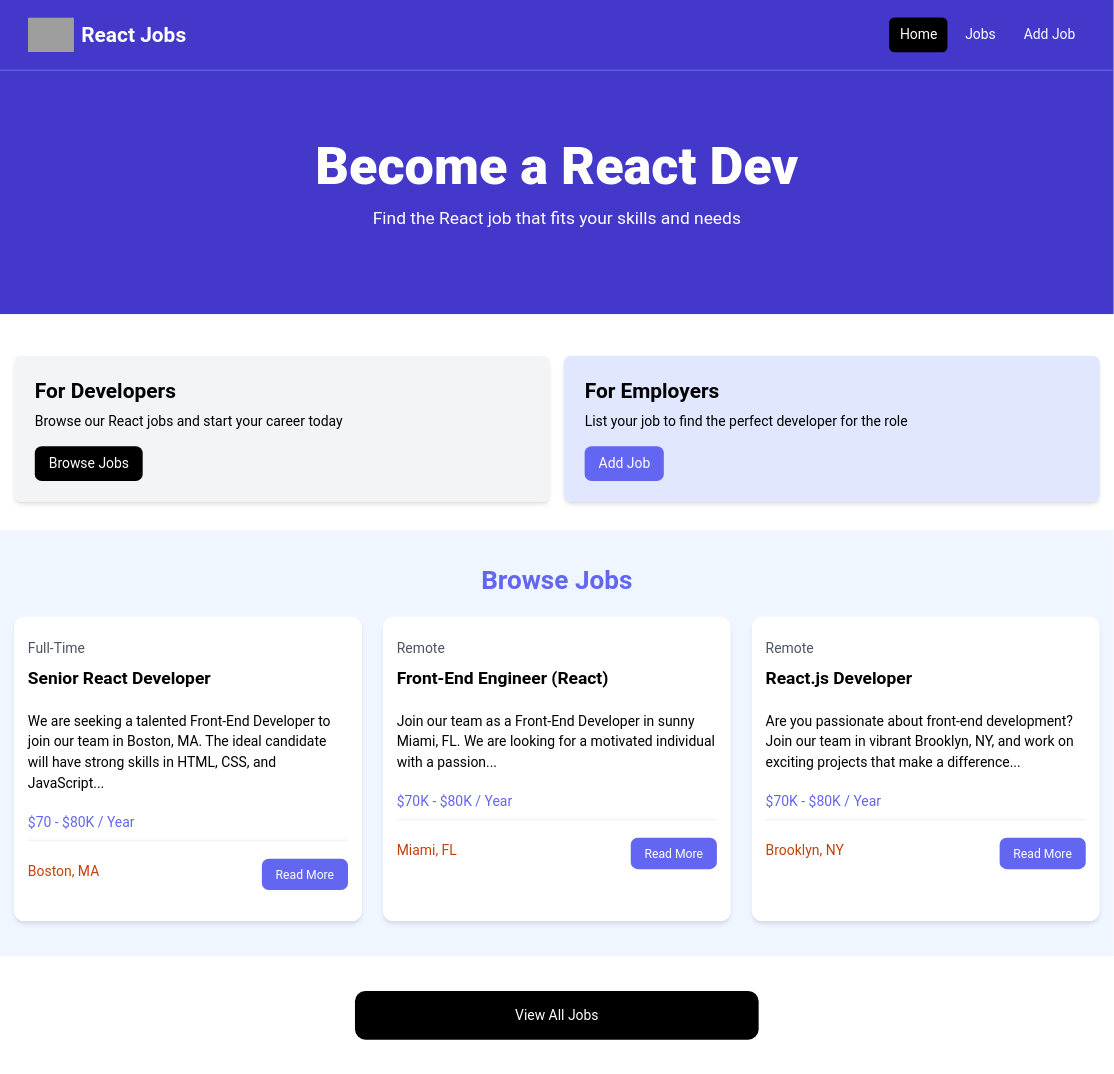
Repository: Geohot-2020/React_setup
Page: / (app in react-crash-2024/)
These files come from the project's save history. The page is drawn as it stood at one moment and after the next save; the edit follows.
The browser window is 1280 px wide. The pictures show the whole page, at 87% of full size.
Pictures or frames that could not be fetched are drawn as grey boxes. The project was rebuilt for these pictures with package versions that can differ from the ones it lists, and the page was loaded fresh each time. Also part of the build but not shown: react-crash-2024/vite.config.js.

Above is the page before, as saved 2024-11-13 15:15:48.

### react-crash-2024/src/App.jsx
import React from 'react'
import Navbar from './components/Navbar'
Navbar
const App = () => {
  return (
    <>
      <Navbar />


    {/* <!-- Hero --> */}
    <section className="bg-indigo-700 py-20 mb-4">
      <div
        className="max-w-7xl mx-auto px-4 sm:px-6 lg:px-8 flex flex-col items-center"
      >
        <div className="text-center">
          <h1
            className="text-4xl font-extrabold text-white sm:text-5xl md:text-6xl"
          >
            Become a React Dev
          </h1>
          <p className="my-4 text-xl text-white">
            Find the React job that fits your skills and needs
          </p>
        </div>
      </div>
    </section>

    {/* <!-- Developers and Employers --> */}
    <section className="py-4">
      <div className="container-xl lg:container m-auto">
        <div className="grid grid-cols-1 md:grid-cols-2 gap-4 p-4 rounded-lg">
          <div className="bg-gray-100 p-6 rounded-lg shadow-md">
            <h2 className="text-2xl font-bold">For Developers</h2>
            <p className="mt-2 mb-4">
              Browse our React jobs and start your career today
            </p>
            <a
              href="/jobs.html"
              className="inline-block bg-black text-white rounded-lg px-4 py-2 hover:bg-gray-700"
            >
              Browse Jobs
            </a>
          </div>
          <div className="bg-indigo-100 p-6 rounded-lg shadow-md">
            <h2 className="text-2xl font-bold">For Employers</h2>
            <p className="mt-2 mb-4">
              List your job to find the perfect developer for the role
            </p>
            <a
              href="/add-job.html"
              className="inline-block bg-indigo-500 text-white rounded-lg px-4 py-2 hover:bg-indigo-600"
            >
              Add Job
            </a>
          </div>
        </div>
      </div>
    </section>

    {/* <!-- Browse Jobs --> */}
    <section className="bg-blue-50 px-4 py-10">
      <div className="container-xl lg:container m-auto">
        <h2 className="text-3xl font-bold text-indigo-500 mb-6 text-center">
          Browse Jobs
        </h2>
        <div className="grid grid-cols-1 md:grid-cols-3 gap-6">
          {/* <!-- Job Listing 1 --> */}
          <div className="bg-white rounded-xl shadow-md relative">
            <div className="p-4">
              <div className="mb-6">
                <div className="text-gray-600 my-2">Full-Time</div>
                <h3 className="text-xl font-bold">Senior React Developer</h3>
              </div>

              <div className="mb-5">
               We are seeking a talented Front-End Developer to join our team in Boston, MA. The ideal candidate will have strong skills in HTML, CSS, and JavaScript...
              </div>

              <h3 className="text-indigo-500 mb-2">$70 - $80K / Year</h3>

              <div className="border border-gray-100 mb-5"></div>

              <div className="flex flex-col lg:flex-row justify-between mb-4">
                <div className="text-orange-700 mb-3">
                  <i className="fa-solid fa-location-dot text-lg"></i>
                  Boston, MA
                </div>
                <a
                  href="job.html"
                  className="h-[36px] bg-indigo-500 hover:bg-indigo-600 text-white px-4 py-2 rounded-lg text-center text-sm"
                >
                 Read More
                </a>
              </div>
            </div>
          </div>
          {/* <!-- Job Listing 2 --> */}
          <div className="bg-white rounded-xl shadow-md relative">
            <div className="p-4">
              <div className="mb-6">
                <div className="text-gray-600 my-2">Remote</div>
                <h3 className="text-xl font-bold">Front-End Engineer (React)</h3>
              </div>

              <div className="mb-5">
               Join our team as a Front-End Developer in sunny Miami, FL. We are looking for a motivated individual with a passion...
              </div>

              <h3 className="text-indigo-500 mb-2">$70K - $80K / Year</h3>

              <div className="border border-gray-100 mb-5"></div>

              <div className="flex flex-col lg:flex-row justify-between mb-4">
                <div className="text-orange-700 mb-3">
                  <i className="fa-solid fa-location-dot text-lg"></i>
                  Miami, FL
                </div>
                <a
                  href="job.html"
                  className="h-[36px] bg-indigo-500 hover:bg-indigo-600 text-white px-4 py-2 rounded-lg text-center text-sm"
                >
                 Read More
                </a>
              </div>
            </div>
          </div>
          {/* <!-- Job Listing 3 --> */}
          <div className="bg-white rounded-xl shadow-md relative">
            <div className="p-4">
              <div className="mb-6">
                <div className="text-gray-600 my-2">Remote</div>
                <h3 className="text-xl font-bold">React.js Developer</h3>
              </div>

              <div className="mb-5">
                Are you passionate about front-end development? Join our team in vibrant Brooklyn, NY, and work on exciting projects that make a difference...
              </div>

              <h3 className="text-indigo-500 mb-2">$70K - $80K / Year</h3>

              <div className="border border-gray-100 mb-5"></div>

              <div className="flex flex-col lg:flex-row justify-between mb-4">
                <div className="text-orange-700 mb-3">
                  <i className="fa-solid fa-location-dot text-lg"></i>
                  Brooklyn, NY
                </div>
                <a
                  href="job.html"
                  className="h-[36px] bg-indigo-500 hover:bg-indigo-600 text-white px-4 py-2 rounded-lg text-center text-sm"
                >
                 Read More
                </a>
              </div>
            </div>
          </div>
        </div>
      </div>
    </section>

    <section className="m-auto max-w-lg my-10 px-6">
      <a
        href="jobs.html"
        className="block bg-black text-white text-center py-4 px-6 rounded-xl hover:bg-gray-700"
        >View All Jobs</a
      >
    </section>
    </>
  )
}

export default App

### react-crash-2024/src/components/Navbar.jsx
import React from 'react'

const Navbar = () => {
  return (
    <nav className="bg-indigo-700 border-b border-indigo-500">
      <div className="mx-auto max-w-7xl px-2 sm:px-6 lg:px-8">
        <div className="flex h-20 items-center justify-between">
          <div
            className="flex flex-1 items-center justify-center md:items-stretch md:justify-start"
          >
            {/* <!-- Logo --> */}
            <a className="flex flex-shrink-0 items-center mr-4" href="/index.html">
              <img
                className="h-10 w-auto"
                src="images/logo.png"
                alt="React Jobs"
              />
              <span className="hidden md:block text-white text-2xl font-bold ml-2"
                >React Jobs</span
              >
            </a>
            <div className="md:ml-auto">
              <div className="flex space-x-2">
                <a
                  href="/index.html"
                  className="text-white bg-black hover:bg-gray-900 hover:text-white rounded-md px-3 py-2"
                  >Home</a
                >
                <a
                  href="/jobs.html"
                  className="text-white hover:bg-gray-900 hover:text-white rounded-md px-3 py-2"
                  >Jobs</a
                >
                <a
                  href="/add-job.html"
                  className="text-white hover:bg-gray-900 hover:text-white rounded-md px-3 py-2"
                  >Add Job</a
                >
              </div>
            </div>
          </div>
        </div>
      </div>
    </nav>
  )
}

export default Navbar

### react-crash-2024/tailwind.config.js
/** @type {import('tailwindcss').Config} */
export default {
  content: [
    "./index.html",
    "./src/**/*.{js,ts,jsx,tsx}",
  ],
  theme: {
    extend: {
      fontFamily: {
        sans: ['Roboto', 'sans-serif'],
      },
      gridTemplateColumns: {
        '70/30': '70% 28%',
      },
    },
  },
  plugins: [],
}

Loaded but not shown: react-crash-2024/index.html (common file); react-crash-2024/src/main.jsx (common file); react-crash-2024/src/index.css (common file)

After the next save:
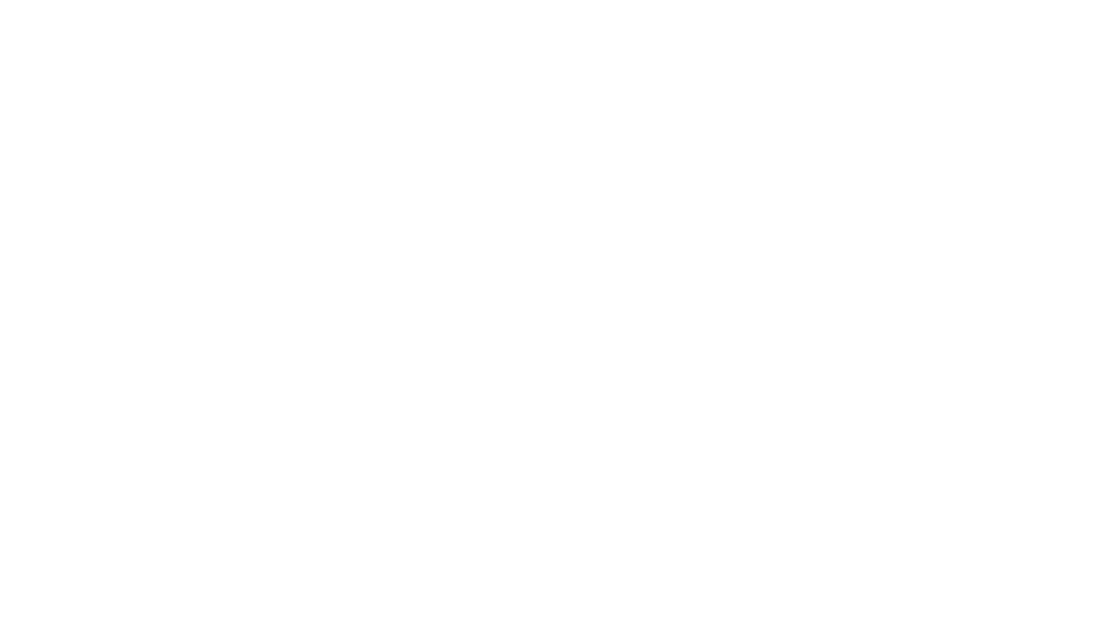
Console error: ReferenceError: logo is not defined
Saved 2 min 1 s later.
--- a/react-crash-2024/src/components/Navbar.jsx
+++ b/react-crash-2024/src/components/Navbar.jsx
@@ -1,5 +1,5 @@
 import React from 'react'
-
+logo
 const Navbar = () => {
   return (
     <nav className="bg-indigo-700 border-b border-indigo-500">

After the 2 saves that followed:
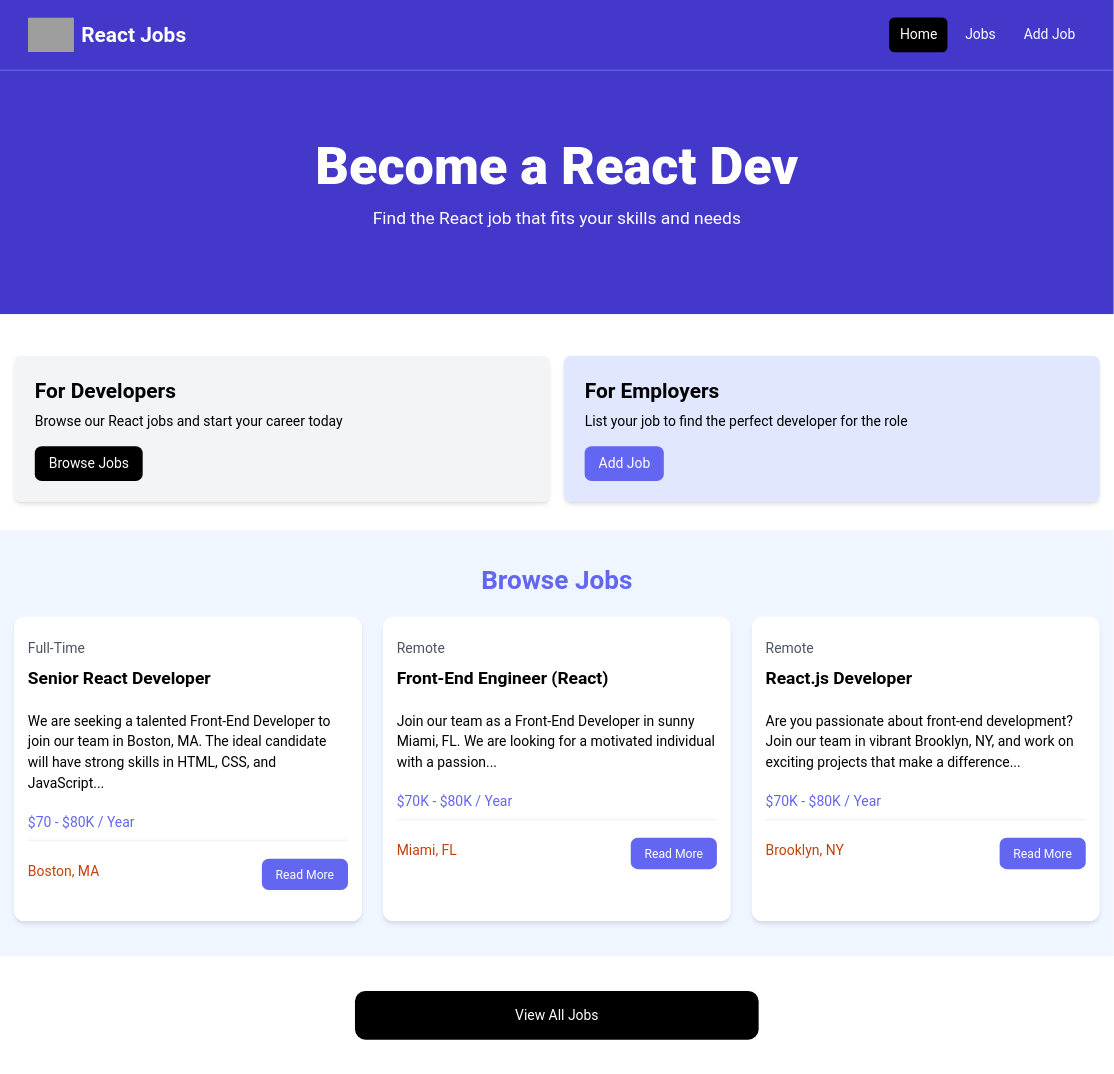
The error is gone.
The 2 saves are shown as one change because they came seconds apart.
The last was saved 8 s later.
--- a/react-crash-2024/src/components/Navbar.jsx
+++ b/react-crash-2024/src/components/Navbar.jsx
@@ -1,5 +1,5 @@
 import React from 'react'
-logo
+import logo from ''
 const Navbar = () => {
   return (
     <nav className="bg-indigo-700 border-b border-indigo-500">
